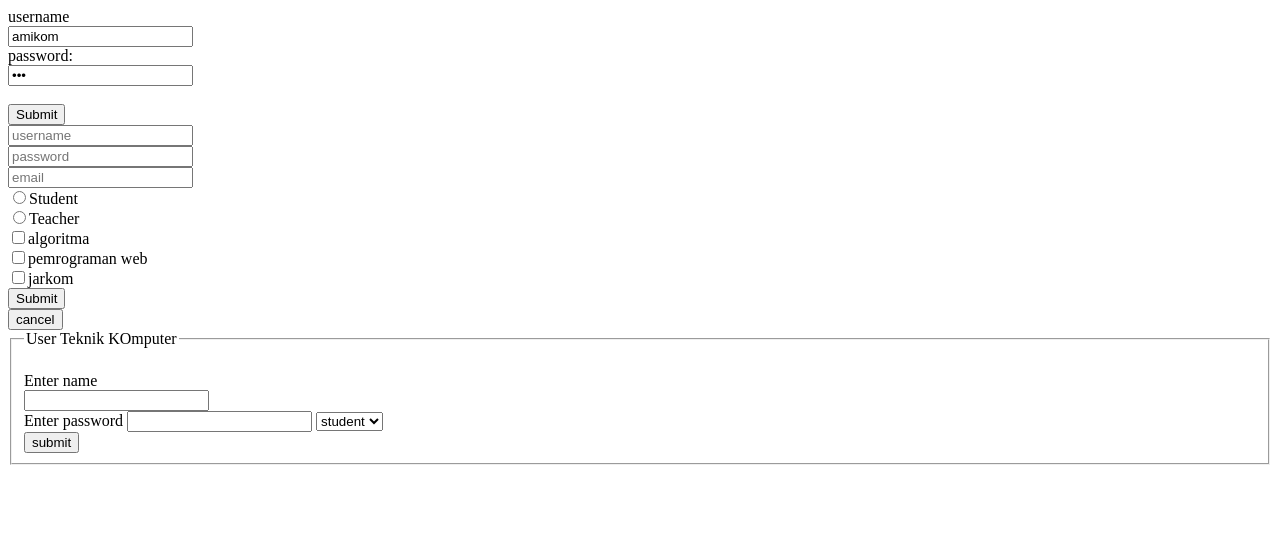
Repository: keyx-alt/pemrograman_web
Page: form.html
These files come from the project's save history. The page is drawn as it stood at one moment and after the next save; the edit follows.
The browser window is 1280 px wide. The pictures show the whole page.

Above is the page before, as saved 2026-04-16 14:24:45.

### form.html
<!DOCTYPE html>
<html lang="en">
<head>
    <meta charset="UTF-8">
    <meta name="viewport" content="width=device-width, initial-scale=1.0">
    <title>Document</title>
</head>
<body>
    <form>
        <label for="fname">username</label><br>
        <input type="text" id="uname" name="username" value="amikom"><br>
        <label for="lname">password:</label><br>
        <input type="password" id="pwd" name="password" value="123"><br><br>
        <input type="submit" value="Submit"><br>
    </form>

    <form>
        <input type="text" placeholder="username"><br>
        <input type="password" placeholder="password"><br>
        <input type="email" placeholder="email"><br>
        <input type="radio" id="students">Student <br>
        <input type="radio" id="teacher">Teacher <br>
        <input type="checkbox" >algoritma <br>
        <input type="checkbox" >pemrograman web <br>
        <input type="checkbox" >jarkom <br>
        <input type="submit"> <br>
        <input type="button" value="cancel"> <br>
    </form>

    <fieldset>
        <legend>User Teknik KOmputer</legend><br>
        <label for="name">Enter name</label><br>
        <input type="text" id="name" name="name"><br>
        <label for="pass">Enter password</label>
        <input type="password" id="pass" name="pass">
        <select>
            <option >student</option>
            <option >teacher</option>
        </select><br>
        <input type="submit" value="submit">
    </fieldset>
</body>
</html>

After the next save:
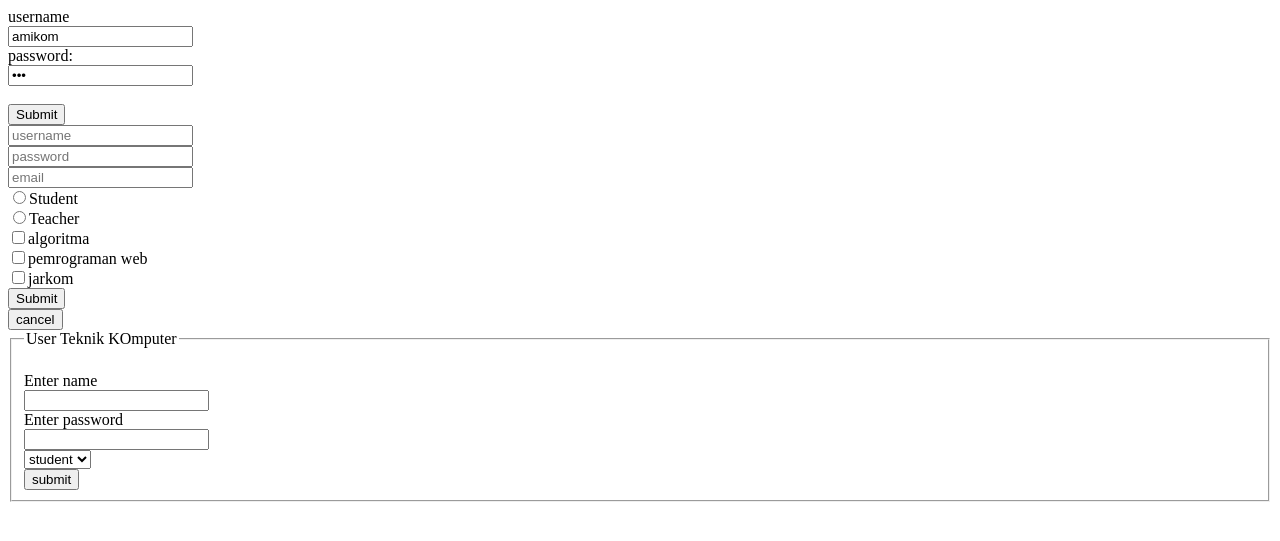
Saved 22 s later.
--- a/form.html
+++ b/form.html
@@ -31,8 +31,8 @@
         <legend>User Teknik KOmputer</legend><br>
         <label for="name">Enter name</label><br>
         <input type="text" id="name" name="name"><br>
-        <label for="pass">Enter password</label>
-        <input type="password" id="pass" name="pass">
+        <label for="pass">Enter password</label><br>
+        <input type="password" id="pass" name="pass"><br>
         <select>
             <option >student</option>
             <option >teacher</option>
